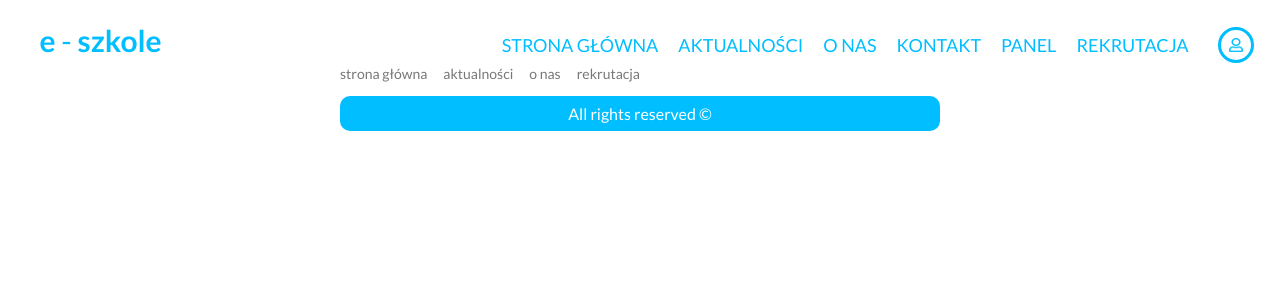
Repository: Votex874/e-szkole
Page: /blog (app in app/)
The author's editor kept a copy of each file at every save. The page is drawn from the files as they stood at one save, then again after the next save.
The browser window is 1280 px wide. The pictures show the whole page.
The project was rebuilt for these pictures with package versions that can differ from the ones it lists, and the page was loaded fresh each time. Also part of the build but not shown: app/src/components/News/Title/index.js, app/src/components/News/Content/index.js, app/src/components/News/Avatar/index.js, app/src/components/News/Footer/index.js, app/src/components/SectionTitle/index.js, app/src/components/News/index.js, app/src/components/AboutUs/Content/index.js, app/src/components/AboutUs/index.js and 12 more.

Above is the page before, as saved 2019-03-05 17:29:48.

After the next save:
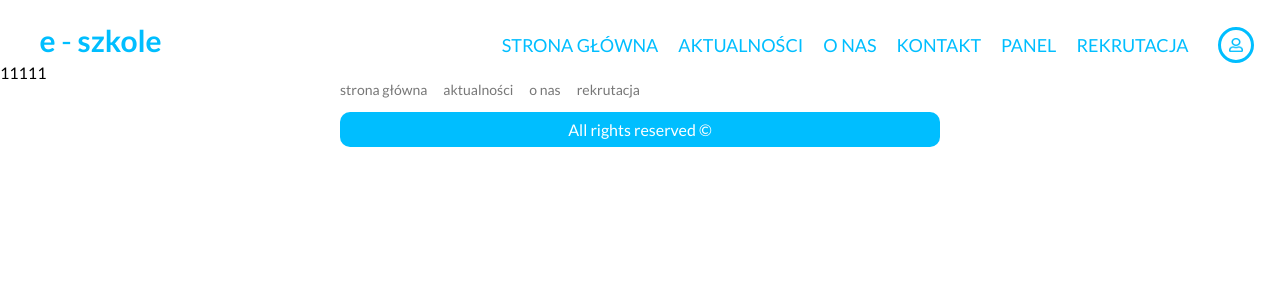
Saved 4 s later.
--- a/app/src/components/Blog/index.js
+++ b/app/src/components/Blog/index.js
@@ -16,7 +16,7 @@ class Blog extends Component {
   componentDidMount = () => {
     const { news } = this.props
     let list = [];
-    list = news.map((post, i) => <div />)
+    list = news.map((post, i) => <Post />)
     this.setState({
       postList: list
     })
